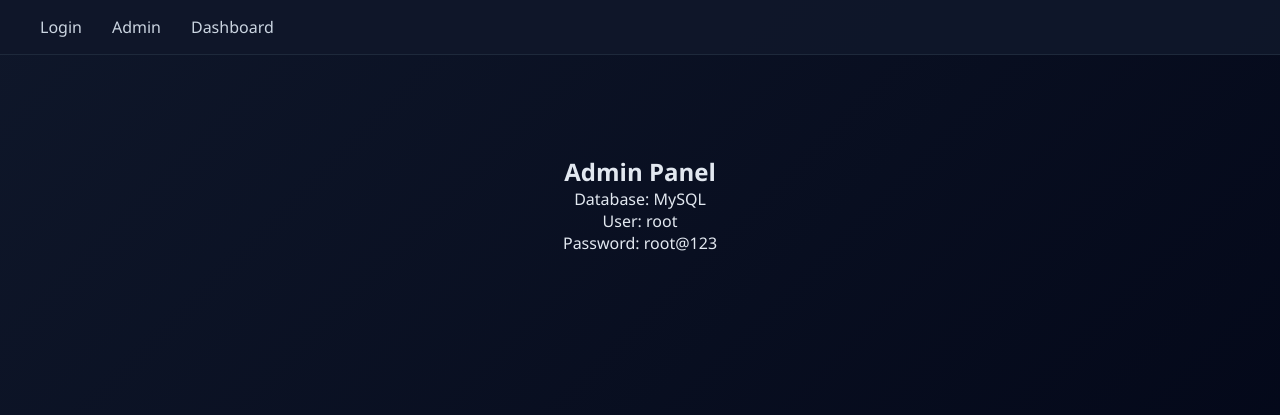
Repository: phanindrareddy2006/Honeypot
Page: /admin (app in honeypot-frontend/)
An editor plug-in stored every save of this project. The page is shown before and after the next save, followed by the edit.
The browser window is 1280 px wide. The pictures show the whole page.
The project was rebuilt for these pictures with package versions that can differ from the ones it lists, and the page was loaded fresh each time. Also part of the build but not shown: honeypot-frontend/vite.config.js, honeypot-frontend/src/components/Login.css, honeypot-frontend/src/components/Login.jsx, honeypot-frontend/src/components/Dashboard.css, honeypot-frontend/src/components/Dashboard.jsx.

Above is the page before, as saved 2026-02-21 10:30:40.

After the next save:
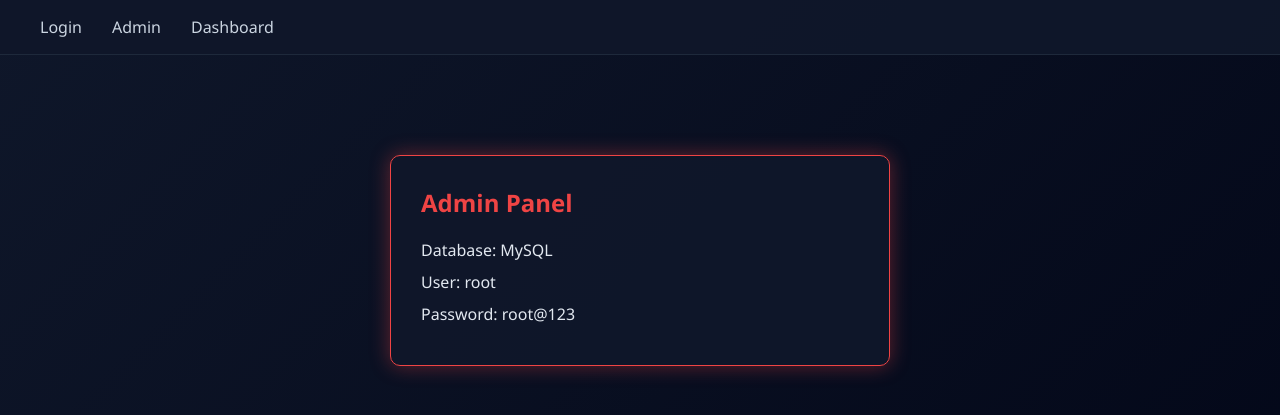
Saved 8 s later.
--- a/honeypot-frontend/src/components/Admin.css
+++ b/honeypot-frontend/src/components/Admin.css
@@ -1,7 +1,35 @@
-.admin{
+/* Admin.css */
 
-text-align:center;
+.admin {
 
-margin-top:100px;
+  width: 500px;
+
+  margin: 100px auto;
+
+  padding: 30px;
+
+  background: rgba(15, 23, 42, 0.95);
+
+  border-radius: 10px;
+
+  border: 1px solid #ef4444;
+
+  box-shadow: 0 0 20px rgba(239, 68, 68, 0.4);
 
 }
+
+.admin h2 {
+
+  color: #ef4444;
+
+  margin-bottom: 20px;
+
+}
+
+.admin p {
+
+  margin: 10px 0;
+
+  font-size: 16px;
+
+}
